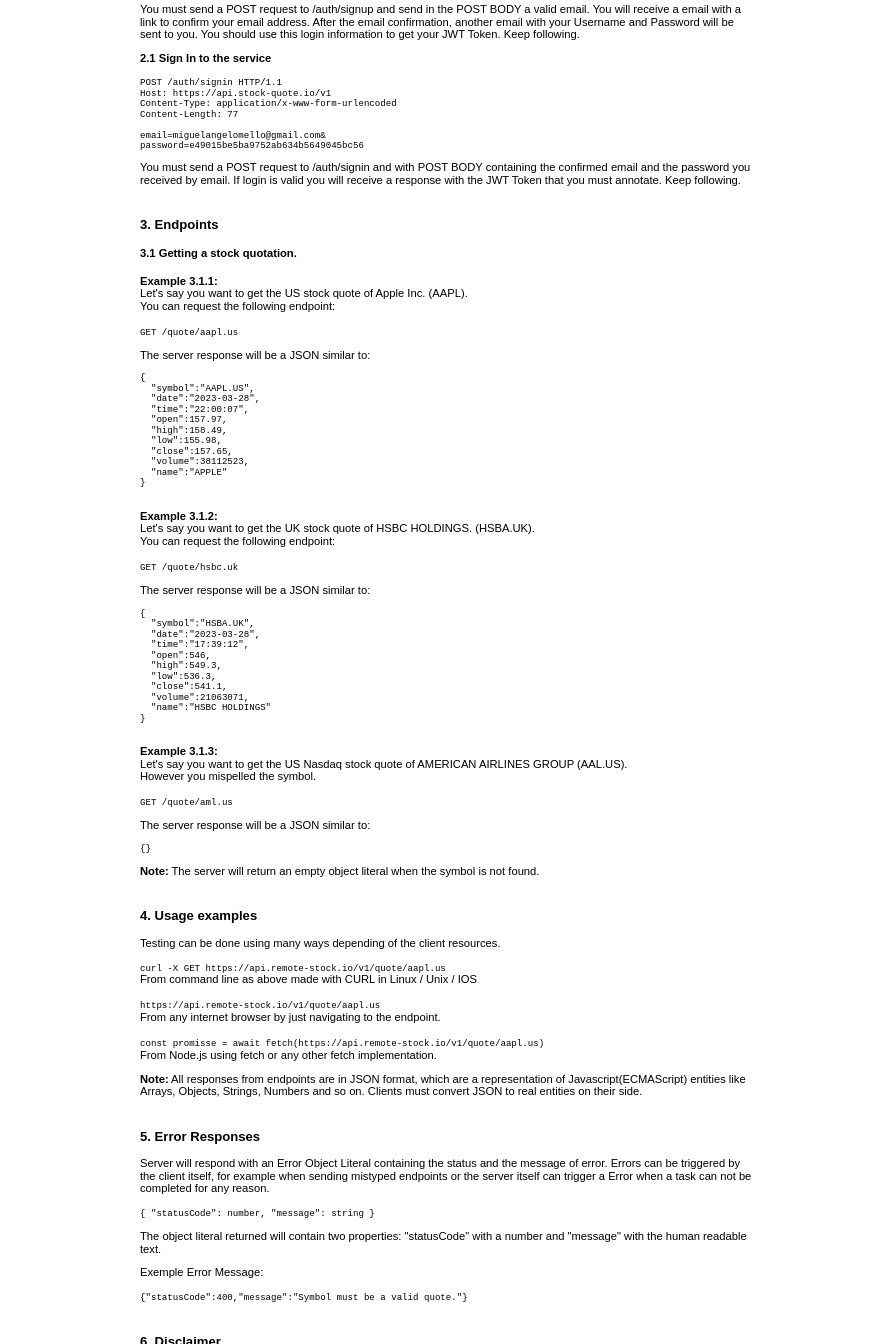
Repository: miguelamello/nest-js
Page: stock-service/documentation.html
These files come from the project's save history. The page is drawn as it stood at one moment and after the next save; the edit follows.
The browser window is 1280 px wide. The pictures show the part of the page from y = 579 to 2499 px (the page is 2659 px tall before and 2677 px after), at 70% of full size.

Above is the page before, as saved 2023-04-01 16:08:05.

### stock-service/documentation.html
<!DOCTYPE html>
<html lang="en">
<head>
  <meta charset="UTF-8">
  <meta http-equiv="X-UA-Compatible" content="IE=edge">
  <meta name="viewport" content="width=device-width, initial-scale=1.0">
  <title>STOCK QUOTE MICROSERVICE</title>
  <style>
    body {
      font-family: Arial, Helvetica, sans-serif;
      padding: 3% 15%;
    }
    h3 {
      margin-top: 5%;
    }
    pre {
      margin: 0;
    }
  </style>
</head>
<body>
  <h2>STOCK QUOTE MICROSERVICE</h2>
  <p>
    This microservice aims to facilitate the acquisition of stock quotes from various companies.
    Please follow the documentation to get a complete understanding of how the service works.
  </p>

  <h3>1. Entrypoint</h3>
  <code>https://api.stock-quote.io/v1</code>
  <p>
    All endpoints starts from the entrypoint above. Accessing the entrypoint
    above will retrieve the REMOTE STOCK QUOTE MICROSERVICE Documentation.
  </p>

  <h3>2. Authentication</h3>
  <p>JWT (JSON Web Token) Authentication is required for the routes on the microservice.
    Below is listed the steps that must be followed to get a valid JWT Token.</p>

  <p>
    <div><b>2.1 Sign Up to the service</b></div><br>

    <pre>
POST /auth/signup HTTP/1.1
Host: https://api.stock-quote.io/v1
Content-Type: application/x-www-form-urlencoded
Content-Length: 35

email=miguelangelomello@gmail.com
    </pre>

    <div>You must send a POST request to /auth/signup and send in the POST BODY a valid email.
      You will receive a email with a link to confirm your email address. After the email confirmation,
      another email with your Username and Password will be sent to you. You should use this login
      information to get your JWT Token. Keep following.</div>
    </div>
  </p>

  <p>
    <div><b>2.1 Sign In to the service</b></div><br>

    <pre>
POST /auth/signin HTTP/1.1
Host: https://api.stock-quote.io/v1
Content-Type: application/x-www-form-urlencoded
Content-Length: 77

email=miguelangelomello@gmail.com&
password=e49015be5ba9752ab634b5649045bc56
    </pre>

    <div>You must send a POST request to /auth/signin and with POST BODY containing the
      confirmed email and the password you received by email. If login is valid you will
      receive a response with the JWT Token that you must annotate. Keep following.</div>
    </div>
  </p>

  <h3>3. Endpoints</h3>

  <h4>3.1 Getting a stock quotation.</h4>

  <p>
    <div><b>Example 3.1.1:</b></div>
    <div>Let's say you want to get the US stock quote of Apple Inc. (AAPL).</div>
    <div>You can request the following endpoint:</div><br>
    <code>GET /quote/aapl.us</code>

    <p>The server response will be a JSON similar to:</p>

    <pre>
{
  "symbol":"AAPL.US",
  "date":"2023-03-28",
  "time":"22:00:07",
  "open":157.97,
  "high":158.49,
  "low":155.98,
  "close":157.65,
  "volume":38112523,
  "name":"APPLE"
}
    </pre>
  </p>
  <p>
    <div><b>Example 3.1.2:</b></div>
    <div>Let's say you want to get the UK stock quote of HSBC HOLDINGS. (HSBA.UK).</div>
    <div>You can request the following endpoint:</div><br>
    <code>GET /quote/hsbc.uk</code>

    <p>The server response will be a JSON similar to:</p>

    <pre>
{
  "symbol":"HSBA.UK",
  "date":"2023-03-28",
  "time":"17:39:12",
  "open":546,
  "high":549.3,
  "low":536.3,
  "close":541.1,
  "volume":21063071,
  "name":"HSBC HOLDINGS"
}
    </pre>
  </p>

  <p>
    <div><b>Example 3.1.3:</b></div>
    <div>Let's say you want to get the US Nasdaq stock quote of AMERICAN AIRLINES GROUP (AAL.US).</div>
    <div>However you mispelled the symbol.</div><br>
    <code>GET /quote/aml.us</code>

    <p>The server response will be a JSON similar to:</p>

    <pre>{}</pre>

    <p>
      <b>Note:</b> The server will return an empty object literal when the symbol is not found.
    </p>
  </p>

  <h3>4. Usage examples</h3>

  <p>Testing can be done using many ways depending of the client resources.</p>

  <code>curl -X GET https://api.remote-stock.io/v1/quote/aapl.us</code>
  <div>From command line as above made with CURL in Linux / Unix / IOS</div>
  <br>
  <code>https://api.remote-stock.io/v1/quote/aapl.us</code>
  <div>From any internet browser by just navigating to the endpoint.</div>
  <br>
  <code>const promisse = await fetch(https://api.remote-stock.io/v1/quote/aapl.us)</code>
  <div>From Node.js using fetch or any other fetch implementation.</div>

  <p>
    <b>Note:</b> All responses from endpoints are in JSON format, which are a
    representation of Javascript(ECMAScript) entities like Arrays, Objects,
    Strings, Numbers and so on. Clients must convert JSON to real entities
    on their side.
  </p>

  <h3>5. Error Responses</h3>

  <p>
    Server will respond with an Error Object Literal containing
    the status and the message of error. Errors can be triggered
    by the client itself, for example when sending mistyped endpoints
    or the server itself can trigger a Error when a
    task can not be completed for any reason.
  </p>

  <p>
    <code>{ "statusCode": number, "message": string }</code><br>
    <div>
      The object literal returned will contain two properties:
      "statusCode" with a number and "message" with the human readable text.
    </div>
  </p>

  <p>Exemple Error Message:</p>
  <p>
    <code>
      {"statusCode":400,"message":"Symbol must be a valid quote."}
    </code>
  </p>

  <h3>6. Disclaimer</h3>
  <p>
    This microservice should be used strictly as proposed in this documentation.
    Any usage that is not in accordance with the documentation may result in harmful
    consequences to the user. The authors of this service are not responsible for
    any misuse of the proposed microservice and its consequences. If you have any question,
    suggestion, information regarding the use of this service, please contact
    the authors at <b>developers@remote-stock.io</b>
  </p>

</body>
</html>

After the next save:
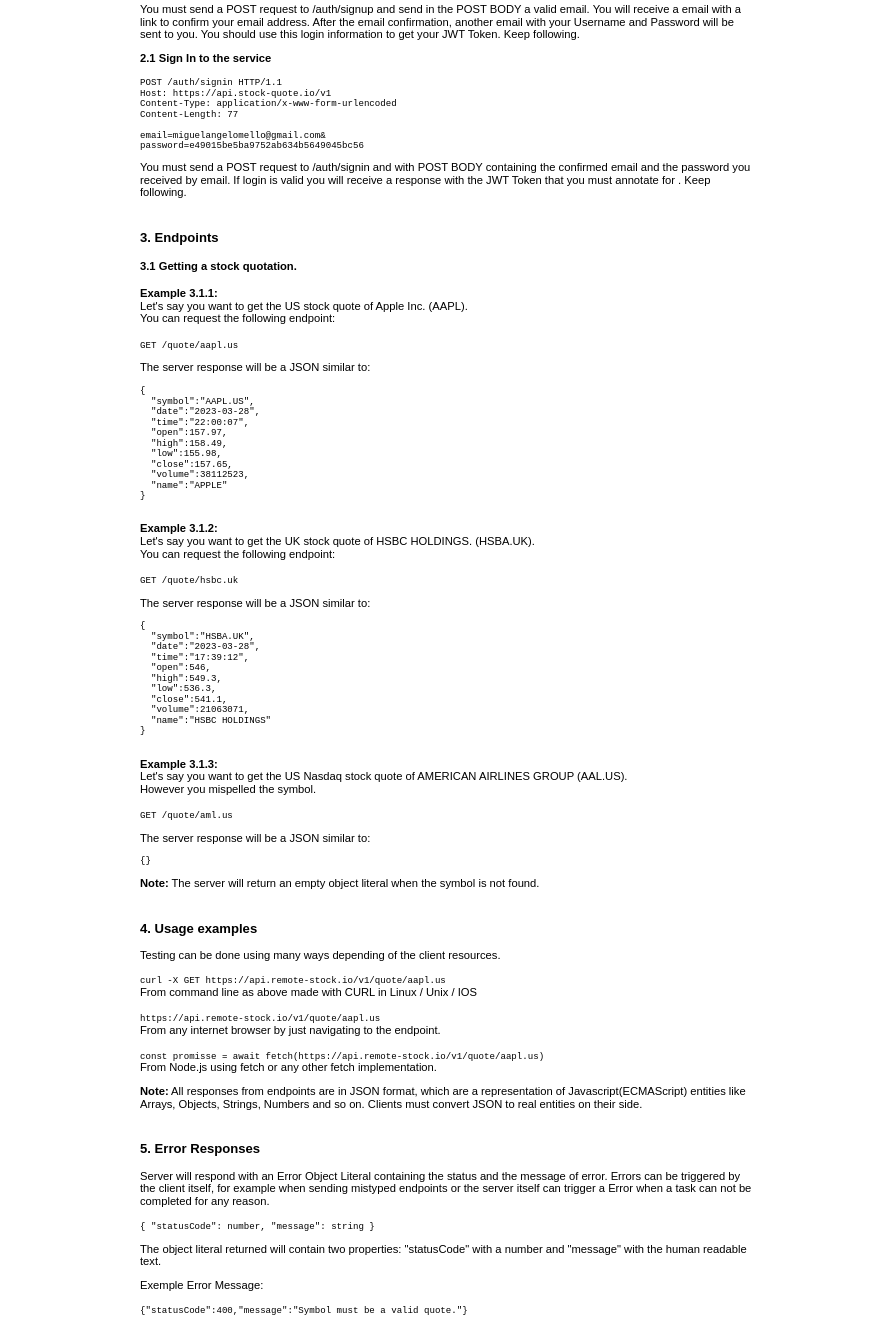
Saved 25 s later.
--- a/stock-service/documentation.html
+++ b/stock-service/documentation.html
@@ -70,7 +70,7 @@
 
     <div>You must send a POST request to /auth/signin and with POST BODY containing the
       confirmed email and the password you received by email. If login is valid you will
-      receive a response with the JWT Token that you must annotate. Keep following.</div>
+      receive a response with the JWT Token that you must annotate for . Keep following.</div>
     </div>
   </p>
 

After the save that followed:
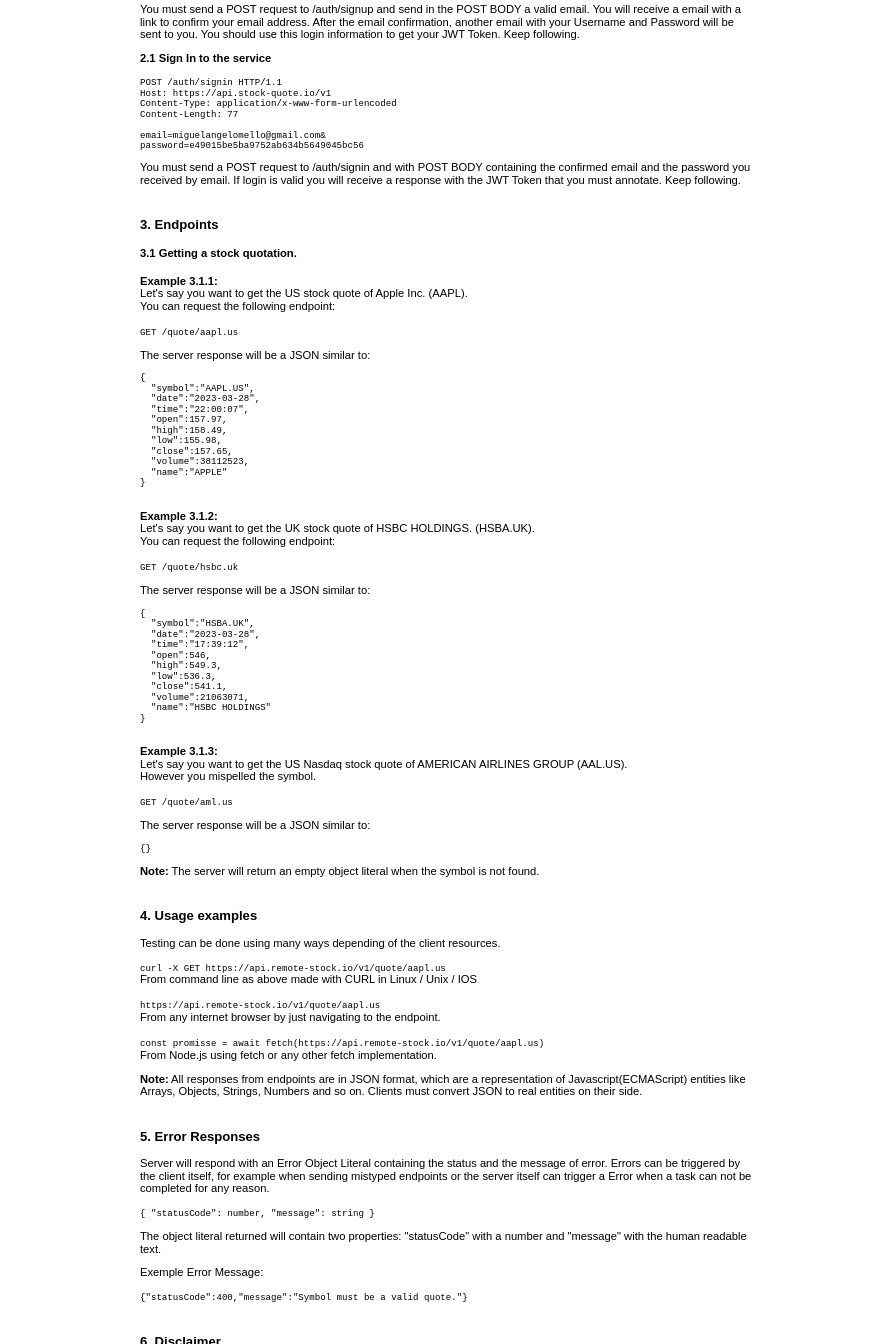
Saved 8 s later.
--- a/stock-service/documentation.html
+++ b/stock-service/documentation.html
@@ -70,7 +70,7 @@
 
     <div>You must send a POST request to /auth/signin and with POST BODY containing the
       confirmed email and the password you received by email. If login is valid you will
-      receive a response with the JWT Token that you must annotate for . Keep following.</div>
+      receive a response with the JWT Token that you must annotate. Keep following.</div>
     </div>
   </p>
 
